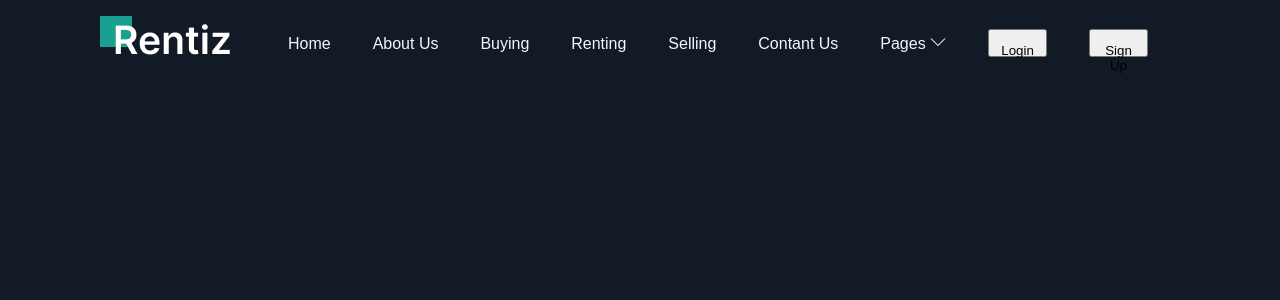
Repository: tung1233hhhhhhhhhhhhh/WebClone-Home
Page: index.html
The author's editor kept a copy of each file at every save. The page is drawn from the files as they stood at one save, then again after the next save.
The browser window is 1280 px wide. The pictures show the whole page.

Above is the page before, as saved 2023-05-23 14:35:33.

### index.html
<!DOCTYPE html>
<html lang="en">

<head>
    <meta charset="UTF-8">
    <meta http-equiv="X-UA-Compatible" content="IE=edge">
    <meta name="viewport" content="width=device-width, initial-scale=1.0">
    <title>Document</title>
    <link rel="stylesheet" href="./assets/css/main.css">
    <link rel="stylesheet" href="./assets/css/root.css">
    <link rel="stylesheet" href="./assets/fonts/themify-icons/themify-icons.css">
</head>

<body>
    <div id="hearder">
        <div class="nav">
            <div class="nav-brand">
                <img src="./assets/img/logo.png" alt="">
            </div>
            <ul class="nav-list">
                <li><a href="">Home</a></li>
                <li><a href="">About Us</a></li>
                <li><a href="">Buying</a></li>
                <li><a href="">Renting</a> </li>
                <li><a href="">Selling</a> </li>
                <li><a href="">Contant Us</a> </li>
                <li><a href="">Pages
                        <i class="ti-angle-down"></i>
                    </a> </li>
                <li><button class="nav-btn-login">Login</button></li>
                <li><button class="nav-btn-signup">Sign Up</button></li>
            </ul>
        </div>
    </div>
</body>

</html>

### assets/css/main.css
* {
    margin: 0;
    padding: 0;
    box-sizing: border-box;
}

body {
    font-family: 'Work Sans', sans-serif;
    font-weight: 400;
    font-size: 19px;
    line-height: 1.6em;
    color: var(--body-text-color);
    background-color: var(--dark-color);
}


#hearder {
    width: 100%;
    height: 73px;
    padding: 8px 0;
}

#hearder .nav {
    max-width: 1536px;
    height: 73px;
    margin: 0 100px;
    display: flex;
    justify-content: space-between;
    align-items: center;
    z-index: 10;
}

#hearder .nav-brand {
    display: inline;
}

#hearder .nav-list {
    display: flex;
    flex-direction: row;
    width: 900px;
    justify-content: space-between;
}

#hearder .nav-list li {
    display: flex;
    flex-direction: row;
    list-style: none;
    /* width: 45px; */
    /* height: 30px; */
    padding: 8px;
    margin-right: 24px;
}

#hearder li a {
    text-decoration: none;
    font-size: 16px;
    color: aliceblue;
}

#hearder .nav-list button {
    width: 59px;
    height: 24px;
    padding: 12px 6px;
}

### assets/css/root.css
:root {
    --accent-color: #1AA090;
    --dark-color: #121B25;
    --grey-color: #83898F;
    --body-text-color: #FFFFFF;
    --light-text-color: #D6D6D6;
    --link-color: #092035;
}

Loaded but not shown: assets/fonts/themify-icons/themify-icons.css (common file)

After the next save:
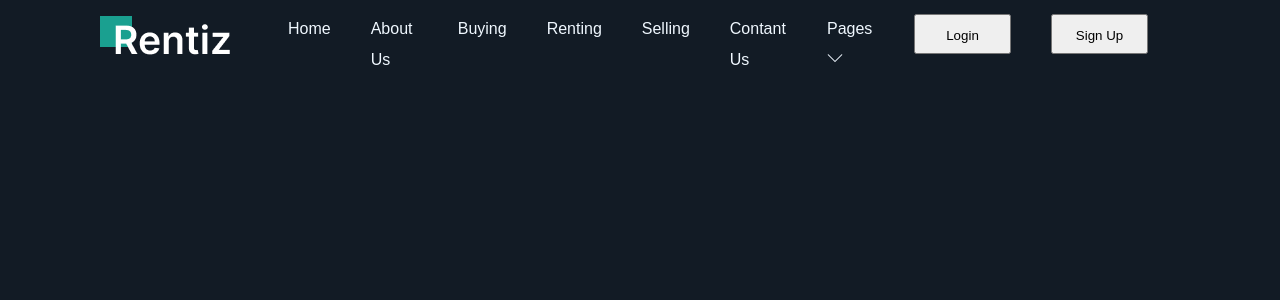
Saved 3 min 22 s later.
--- a/assets/css/main.css
+++ b/assets/css/main.css
@@ -58,7 +58,7 @@ body {
 }
 
 #hearder .nav-list button {
-    width: 59px;
-    height: 24px;
+    width: 97px;
+    height: 40px;
     padding: 12px 6px;
 }
